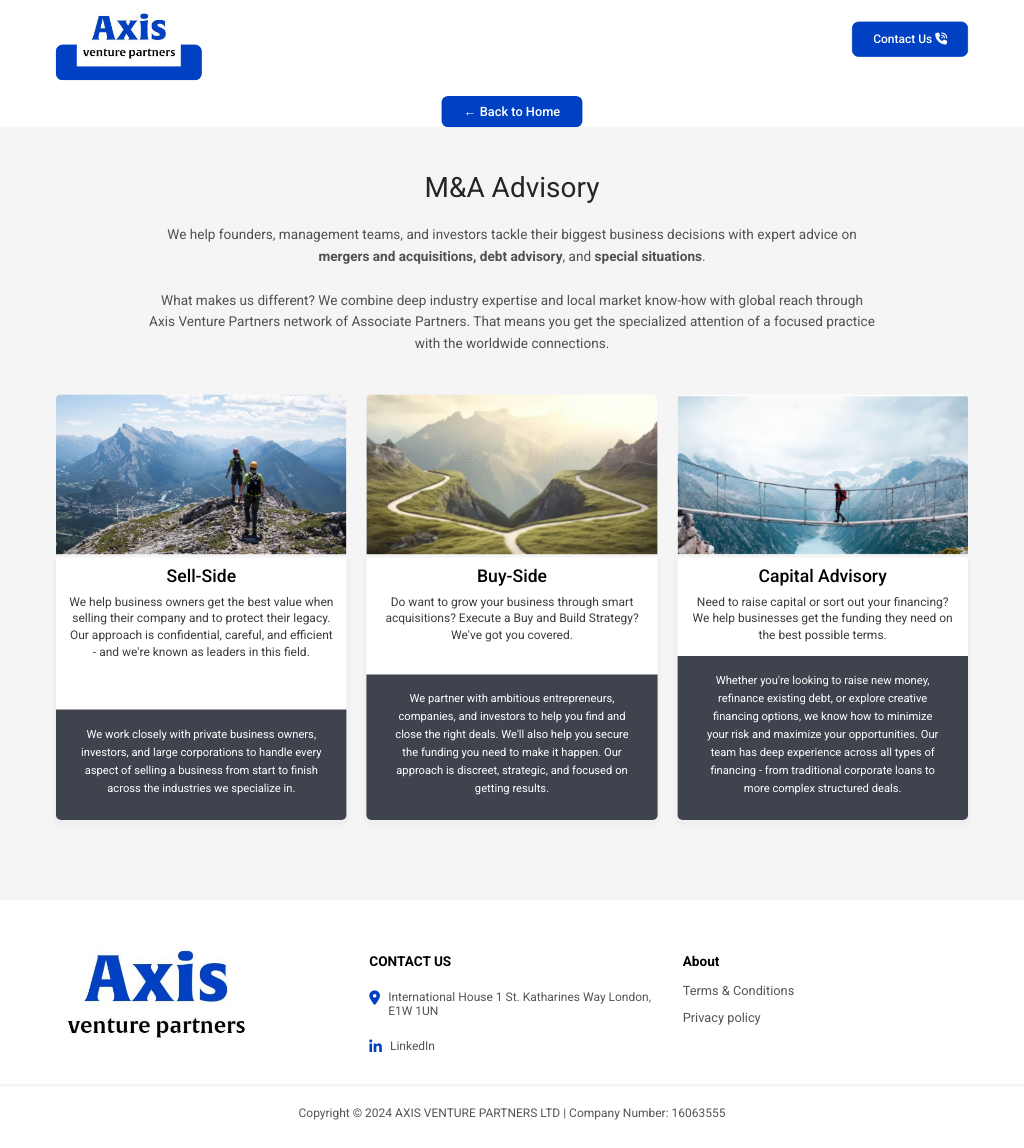
Repository: uchasowa/axisventures
Page: ma-advisory.html
These files come from the project's save history. The page is drawn as it stood at one moment and after the next save; the edit follows.
The browser window is 1280 px wide. The pictures show the whole page, at 80% of full size.
Some web libraries are served in a nearby version.

Above is the page before, as saved 2025-07-01 19:35:45.

### ma-advisory.html
<!DOCTYPE html>
<html lang="en">
<head>
    <meta charset="UTF-8">
    <meta name="viewport" content="width=device-width, initial-scale=1.0">
    <title>M&A Advisory | Axis Venture Partners</title>
    <link rel="stylesheet" href="./css/style.css">
    <link rel="stylesheet" href="./css/animate.min.css">
    <link rel="shortcut icon" href="./assets/favicon.ico" type="image/x-icon">
    <script src="https://kit.fontawesome.com/49f02d4a75.js" crossorigin="anonymous"></script>
</head>
<body>
    <header>
        <div class="container">
            <div class="logo">
                <a href="index.html"><img src="./assets/logo.jpeg" alt="Axis Venture Partners Logo"></a>
            </div>
            <a href="https://2f7evz.share-eu1.hsforms.com/2scI3GD3BTHCDbXn-jbSilg" aria-label="Contact Us">
                <span>Contact Us</span>
                <i class="fa-solid fa-phone-volume" aria-hidden="true"></i>
            </a>
        </div>
    </header>
    <main>
        <a href="index.html" style="display:block;width:fit-content;margin:32px auto 0 auto;padding:10px 28px;background:#0040c2;color:#fff;border-radius:8px;text-decoration:none;font-weight:500;">&#8592; Back to Home</a>
        <section class="whatWeDo" aria-label="M&A Advisory Services" style="padding-top:30px;">
            <div class="container">
                <div class="title wow animate__fadeInUp" data-wow-duration="0.8s">
                    <h1>M&amp;A Advisory</h1>
                    <p>
                        We help founders, management teams, and investors tackle their biggest business decisions with expert advice on <b>mergers and acquisitions, debt advisory</b>, and <b>special situations</b>.<br><br>
                        What makes us different? We combine deep industry expertise and local market know-how with global reach through Axis Venture Partners network of Associate Partners. That means you get the specialized attention of a focused practice with the worldwide connections.
                    </p>
                </div>
                <div class="boxes">
                    <!-- Sell-Side Card -->
                    <article class="box wow animate__fadeInUp" data-wow-duration="0.8s">
                        <div class="image">
                            <img src="./assets/mountain_hiking.png" alt="Sell-Side Advisory">
                        </div>
                        <div class="text">
                            <h2>Sell-Side</h2>
                            <span>We help business owners get the best value when selling their company and to protect their legacy. Our approach is confidential, careful, and efficient - and we're known as leaders in this field.</span>
                            <div class="footer">
                                <p>We work closely with private business owners, investors, and large corporations to handle every aspect of selling a business from start to finish across the industries we specialize in.</p>
                            </div>
                        </div>
                    </article>
                    <!-- Buy-Side Card -->
                    <article class="box wow animate__fadeInUp" data-wow-duration="1.2s">
                        <div class="image">
                            <img src="./assets/forked_path.png" alt="Buy-Side Advisory">
                        </div>
                        <div class="text">
                            <h2>Buy-Side</h2>
                            <span>Do want to grow your business through smart acquisitions? Execute a Buy and Build Strategy? We've got you covered.</span>
                            <div class="footer">
                                <p>We partner with ambitious entrepreneurs, companies, and investors to help you find and close the right deals. We'll also help you secure the funding you need to make it happen. Our approach is discreet, strategic, and focused on getting results.</p>
                            </div>
                        </div>
                    </article>
                    <!-- Capital Advisory Card -->
                    <article class="box wow animate__fadeInUp" data-wow-duration="1.6s">
                        <div class="image">
                            <img src="./assets/rope_bridge.png" alt="Capital Advisory">
                        </div>
                        <div class="text">
                            <h2>Capital Advisory</h2>
                            <span>Need to raise capital or sort out your financing? We help businesses get the funding they need on the best possible terms.</span>
                            <div class="footer">
                                <p>Whether you're looking to raise new money, refinance existing debt, or explore creative financing options, we know how to minimize your risk and maximize your opportunities. Our team has deep experience across all types of financing - from traditional corporate loans to more complex structured deals.</p>
                            </div>
                        </div>
                    </article>
                </div>
            </div>
        </section>
    </main>
    <footer>
        <div class="container">
            <div class="grid">
                <div class="logo">
                    <img src="./assets/logo.jpeg" alt="">
                </div>
                <div class="boxOne">
                    <h3>CONTACT US</h3>
                    <ul>
                        <li>
                            <a href="#">
                                <i class="fa-solid fa-location-dot"></i>
                                <p>International House
                                    1 St. Katharines Way
                                    London, E1W 1UN</p>
                            </a>
                        </li>
                        <li>
                            <a href="https://www.linkedin.com/company/axis-venture-partners/">
                                <i class="fa-brands fa-linkedin-in"></i>
                                <p>LinkedIn</p>
                            </a>
                        </li>
                    </ul>
                </div>
                <div class="boxTwo">
                    <h3>About</h3>
                    <div class="links">
                        <a href="./terms-conditions.html">Terms & Conditions</a>
                        <a href="./privacy-policy.html">Privacy policy</a>
                    </div>
                </div>
            </div>
        </div>
        <div class="copyRight">
            <p>Copyright © 2024 AXIS VENTURE PARTNERS LTD | Company Number: 16063555 </p>
        </div>
    </footer>
    <button class="buttonScroll">
        <i class="fa-solid fa-angles-up"></i>
    </button>
    <script src="./js/wow.min.js"></script>
    <script>
        new WOW().init();
        let buttonScroll = document.querySelector(".buttonScroll");
        buttonScroll.onclick = function () {
            window.scrollTo({ top: 0, behavior: "smooth" });
        };
        window.onscroll = function () {
            if (window.scrollY >= 400) {
                buttonScroll.style.opacity = "1";
            } else {
                buttonScroll.style.opacity = "0";
            }
        };
    </script>
</body>
</html>

### css/style.css
@import url('https://fonts.googleapis.com/css2?family=Roboto:ital,wght@0,100;0,300;0,400;0,500;0,700;0,900;1,100;1,300;1,400;1,500;1,700;1,900&display=swap');

/* Start Variables */
:root {
    --main-color: #0040c2;
    --secondary-color: #434343;
    --section-padding: 80px;
    --section-background: #f6f6f6;
    --main-duration: 0.5s;
}

* {
    -webkit-box-sizing: border-box;
    -moz-box-sizing: border-box;
    box-sizing: border-box;
}

html {
    scroll-behavior: smooth;
}

body {
    margin: 0;
    font-family: Roboto, "Roboto";
    position: relative;
    min-height: 100vh;
    padding: 0;
    background: #ffffff;
}

::-webkit-scrollbar {
    width: 7px;
}

::-webkit-scrollbar-track {
    background-color: #f9f9f9;
}

::-webkit-scrollbar-thumb {
    background-color: var(--main-color);
    border-radius: 30px;
}

.container {
    padding-left: 15px;
    padding-right: 15px;
    margin-left: auto;
    margin-right: auto;
    max-width: 1200px;
}

/* Medium */
@media (min-width: 992px) {
    .container {
        width: 970px;
    }
}

/* Large */
@media (min-width: 1200px) {
    .container {
        width: 1170px;
    }
}

.buttonScroll {
    position: fixed;
    bottom: 45px;
    right: 60px;
    background-color: var(--main-color);
    border: 1px solid var(--main-color);
    color: white;
    width: 40px;
    height: 40px;
    border-radius: 8px;
    font-size: 18px;
    transition: 0.5s;
    cursor: pointer;
    opacity: 0;
    z-index: 4;
}

.buttonScroll:hover {
    background-color: white;
    color: var(--main-color);
}

.buttonScroll i {
    position: absolute;
    top: 50%;
    left: 50%;
    transform: translate(-50%, -50%);
    font-size: 15px;
}

/* Start Header */
header {
    width: 100%;
    border-bottom: 1px solid rgba(255, 255, 255, 0.1);
    padding: 10px 0px 0px !important;
    background-color: #ffffff;
}

header .container {
    display: flex;
    justify-content: space-between;
    align-items: center;
    margin: auto;
    padding-left: 15px;
    padding-right: 15px;
    margin-left: auto;
    margin-right: auto;
}

header .logo img {
    width: 130px;
}

header a {
    border: 1px solid var(--main-color);
    background-color: var(--main-color);
    color: #ffffff;
    padding: 12px 25px;
    border-radius: 8px;
    text-decoration: none;
    font-weight: 500;
    transition: 0.5s;
    font-size: 15px;
}

header a:hover {
    background-color: #ffffff;
    color: var(--main-color);
}

/* End Header */

/* Start LANDING */
.landing {
    background-image: url("../assets/landing.jpg");
    background-repeat: no-repeat;
    background-size: cover;
    position: relative;
    height: 85vh;
    color: white;
    display: flex;
    justify-content: center;
    align-items: center;
    background-position: 50%;
}

.landing::before {
    content: "";
    position: absolute;
    background-color: #00000097;
    width: 100%;
    height: 100%;
}

.landing .container {
    position: relative;
    z-index: 2;
}

.landing .content {
    line-height: 1.4;
}

.landing h1 {
    font-size: 50px;
    text-align: center;
    margin: 0;
    font-weight: 500;
}

@media(max-width:767px) {
    .landing h1 {
        font-size: 35px;
    }
}

.landing p {
    font-size: 18px;
    text-align: center;
    color: #ffffffd7;
    width: 60%;
    margin: 10px auto;
}

@media(max-width:767px) {
    .landing p {
        width: 100%;
    }
}

.landing p span {
    color: #ffffff;
    font-weight: 600;
}

.landing a {
    display: block;
    width: fit-content;
    margin: 20px auto;
    border: 1px solid var(--main-color);
    background-color: var(--main-color);
    color: #ffffff;
    padding: 15px 35px;
    border-radius: 8px;
    text-decoration: none;
    font-weight: 500;
    transition: 0.5s;
    font-size: 18px;
}

.landing a:hover {
    background-color: #ffffff;
    color: var(--main-color);
}

/* END LANDING */
/* Start Section What We Do*/
.whatWeDo {
    padding: 50px 0px 100px;
    background-color: #f5f5f5;
}

.whatWeDo .title {
    text-align: center;
    margin-bottom: 50px;
}

.whatWeDo .title h1 {
    color: #000000d9;
    font-weight: 400;
    font-size: 35px;
    margin: 25px 0px;
}

@media(max-width:767px) {
    .whatWeDo .title h1 {
        font-size: 35px;
    }
}

.whatWeDo .title p {
    width: 80%;
    font-size: 17px;
    color: #000000ac;
    margin: auto;
    line-height: 1.6;
}

.whatWeDo .title p span {
    color: #000;
    font-weight: 600;
}

@media(max-width:767px) {
    .whatWeDo .title p {
        width: 100%;
        font-size: 16px;
    }
}

.whatWeDo .boxes {
    display: grid;
    grid-template-columns: 1fr 1fr 1fr;
    gap: 25px;
    align-items: stretch;
}

.whatWeDo .boxes .box {
    display: flex;
    flex-direction: column;
    height: 100%;
}

.whatWeDo .boxes .box .image img {
    width: 100%;
    height: 200px;
    border-top-right-radius: 6px;
    border-top-left-radius: 6px;
    object-fit: cover;
}

.whatWeDo .boxes .box .text {
    padding: 5px 0px 0px;
    background-color: #ffffff;
    box-shadow: 0 4.23px 4px 3px #ababab16;
    border-radius: 0 0 6px 6px;
    flex-grow: 1;
    display: flex;
    flex-direction: column;
}

.whatWeDo .boxes .box h2 {
    text-align: center;
    color: #000;
    font-weight: 500;
    font-size: 22px;
    margin: 5px 0px 10px;
}

.whatWeDo .boxes .box span {
    color: #000000c4;
    font-size: 15px;
    text-align: center;
    display: block;
    margin-bottom: 15px;
    line-height: 1.4;
    flex-grow: 1;
    padding: 0 15px;
}

.whatWeDo .boxes .box .footer {
    background-color: #3e434d;
    padding: 5px 30px 15px;
    border-bottom-right-radius: 6px;
    border-bottom-left-radius: 6px;
    min-height: 93px;
    margin-top: auto;
}

.whatWeDo .boxes .box .footer p {
    font-size: 14px;
    color: #ffffff;
    text-align: center;
    line-height: 1.6;
}

/* END Section What We Do*/
/* Start Section Partner*/
.partner {
    background-image: url("../assets/partner.jpg");
    background-repeat: no-repeat;
    background-size: cover;
    position: relative;
    color: white;
    display: flex;
    justify-content: center;
    align-items: center;
    background-position: 50%;
}

.partner::before {
    content: "";
    position: absolute;
    background-color: #0000009b;
    width: 100%;
    height: 100%;
}

.partner .container {
    position: relative;
    z-index: 2;
}

.partner .content {
    padding: 50px 0px;
}

.partner h1 {
    font-size: 40px;
    text-align: center;
    margin: 0;
}

@media(max-width:767px) {
    .partner h1 {
        font-size: 22px;
    }
}

.partner p {
    font-size: 18px;
    text-align: center;
    color: #ffffffe7;
    width: 60%;
    margin: 30px auto;
    line-height: 1.8;
}

@media(max-width:767px) {
    .partner p {
        width: 100%;
    }
}

.partner a {
    display: block;
    width: fit-content;
    margin: 20px auto;
    border: 1px solid var(--main-color);
    background-color: var(--main-color);
    color: #ffffff;
    padding: 15px 35px;
    border-radius: 8px;
    text-decoration: none;
    font-weight: 500;
    transition: 0.5s;
    font-size: 15px;
}

.partner a:hover {
    background-color: #ffffff;
    color: var(--main-color);
}

/* END Section Partner*/
/* Start Section Team*/
.team {
    padding: 30px 0px 100px;
    background-color: #f5f5f5;
}

.team .title {
    text-align: center;
    margin-bottom: 50px;
}

.team .title h1 {
    color: #000000d9;
    font-weight: 400;
    font-size: 45px;
    margin: 25px 0px;
}

@media(max-width:767px) {
    .team .title h1 {
        font-size: 35px;
    }
}

.team .title p {
    width: 70%;
    font-size: 19px;
    color: #000000ac;
    margin: auto;
    line-height: 1.6;
}

@media(max-width:767px) {
    .team .title p {
        width: 100%;
        font-size: 16px;
    }
}

.team .boxes {
    display: grid;
    grid-template-columns: 1fr 1fr 1fr;
    gap: 25px;
    align-items: stretch;
}

.team .boxes .box {
    padding: 25px 30px;
    background-color: #ffffff;
    border-radius: 20px;
    box-shadow: 0 4.23px 4px 3px #ababab16;
    display: flex;
    flex-direction: column;
    height: 100%;
    min-height: 400px;
}

.team .boxes .box .top {
    display: flex;
    align-items: center;
    gap: 20px;
    margin-bottom: 20px;
}

.team .boxes .box .top .text {
    line-height: 1.2;
}

.team .boxes .box .top .text h3 {
    color: #000;
    font-size: 19px;
    margin: 0px 0px 10px;
}

.team .boxes .box .top .text span {
    background-color: var(--main-color);
    color: #ffffff;
    padding: 5px 15px;
    border-radius: 6px;
    font-size: 13px;
    font-weight: 500;
    text-transform: uppercase;
}

.team .boxes .box .image img {
    width: 80px;
    height: 80px;
    border-radius: 50%;
    object-fit: cover;
}

.team .boxes .box p {
    font-size: 15px;
    color: #000000b0;
    line-height: 1.5;
    text-align: center;
    flex-grow: 1;
    margin-bottom: 20px;
}

.team .boxes .box .links {
    display: flex;
    justify-content: center;
    align-items: center;
    gap: 10px;
    margin-top: auto;
}

.team .boxes .box .links a {
    width: 35px;
    height: 35px;
    border-radius: 50%;
    background-color: var(--main-color);
    display: flex;
    justify-content: center;
    align-items: center;
    font-size: 16px;
    color: #ffffff;
    text-decoration: none;
    transition: 0.5s;
    border: 1px solid var(--main-color);
}

.team .boxes .box .links a:hover {
    background-color: transparent;
    color: var(--main-color);
}

/* END Section Team*/
/* Start Section Community*/
.community {
    background-image: url("../assets/community.jpg");
    background-repeat: no-repeat;
    background-size: cover;
    position: relative;
    color: white;
    display: flex;
    justify-content: center;
    align-items: center;
    background-position: 50%;
}

.community::before {
    content: "";
    position: absolute;
    background-color: #0000009b;
    width: 100%;
    height: 100%;
}

.community .container {
    position: relative;
    z-index: 2;
}

.community .content {
    padding: 50px 0px;
}

.community h1 {
    font-size: 40px;
    text-align: center;
    margin: 0;
}

@media(max-width:767px) {
    .community h1 {
        font-size: 22px;
    }
}

.community p {
    font-size: 18px;
    text-align: center;
    color: #ffffffe7;
    width: 60%;
    margin: 30px auto;
    line-height: 1.8;
}

@media(max-width:767px) {
    .community p {
        width: 100%;
    }
}

.community a {
    display: block;
    width: fit-content;
    margin: 20px auto;
    border: 1px solid var(--main-color);
    background-color: var(--main-color);
    color: #ffffff;
    padding: 15px 35px;
    border-radius: 8px;
    text-decoration: none;
    font-weight: 500;
    transition: 0.5s;
    font-size: 15px;
}

.community a:hover {
    background-color: #ffffff;
    color: var(--main-color);
}

/* END Section Community*/
/* Start Section Footer */
footer {
    padding: 50px 0px 20px;
}

footer .grid {
    display: grid;
    grid-template-columns: 1fr 1fr 1fr;
    gap: 35px;
    padding-bottom: 15px;
}

@media(max-width:750px) {
    footer .grid {
        grid-template-columns: 1fr;
        gap: 10px;
    }
}

footer .grid .logo img {
    width: 250px;
}

footer .grid h3 {
    color: #000;
    font-size: 17px;
}

footer .grid .boxOne ul {
    list-style: none;
    padding: 0px;
}

footer .grid .boxOne ul li a {
    text-decoration: none;
    display: flex;
    gap: 10px;
    align-items: start;
    color: #000000ab;
    margin: 25px 0px;
}

footer .grid .boxOne ul li a i {
    position: relative;
    top: 2px;
    color: var(--main-color);
    font-size: 18px;
}

footer .grid .boxOne ul li a p {
    margin: 0;
    font-size: 15px;
}

footer .grid .boxTwo .links a {
    display: block;
    text-decoration: none;
    color: #000000ab;
    margin: 15px 0px;
    transition: 0.3s;
}

footer .grid .boxTwo .links a:hover {
    color: var(--main-color);
    letter-spacing: 1.2px;
}

footer .copyRight {
    border-top: 1px solid #0000001f;
    text-align: center;
    color: #000000ab;
    padding-top: 10px;
    font-size: 15px;
}

/* End Footer */

/* Improved responsive behavior */
@media(max-width:992px) {
    .whatWeDo .boxes {
        grid-template-columns: 1fr 1fr;
    }

    .team .boxes {
        grid-template-columns: 1fr 1fr;
    }
}

@media(max-width:767px) {
    .whatWeDo .boxes {
        grid-template-columns: 1fr;
    }

    .team .boxes {
        grid-template-columns: 1fr;
    }

    .team .boxes .box {
        min-height: auto;
    }
}

Loaded but not shown: css/animate.min.css (library); js/wow.min.js (library)

After the next save:
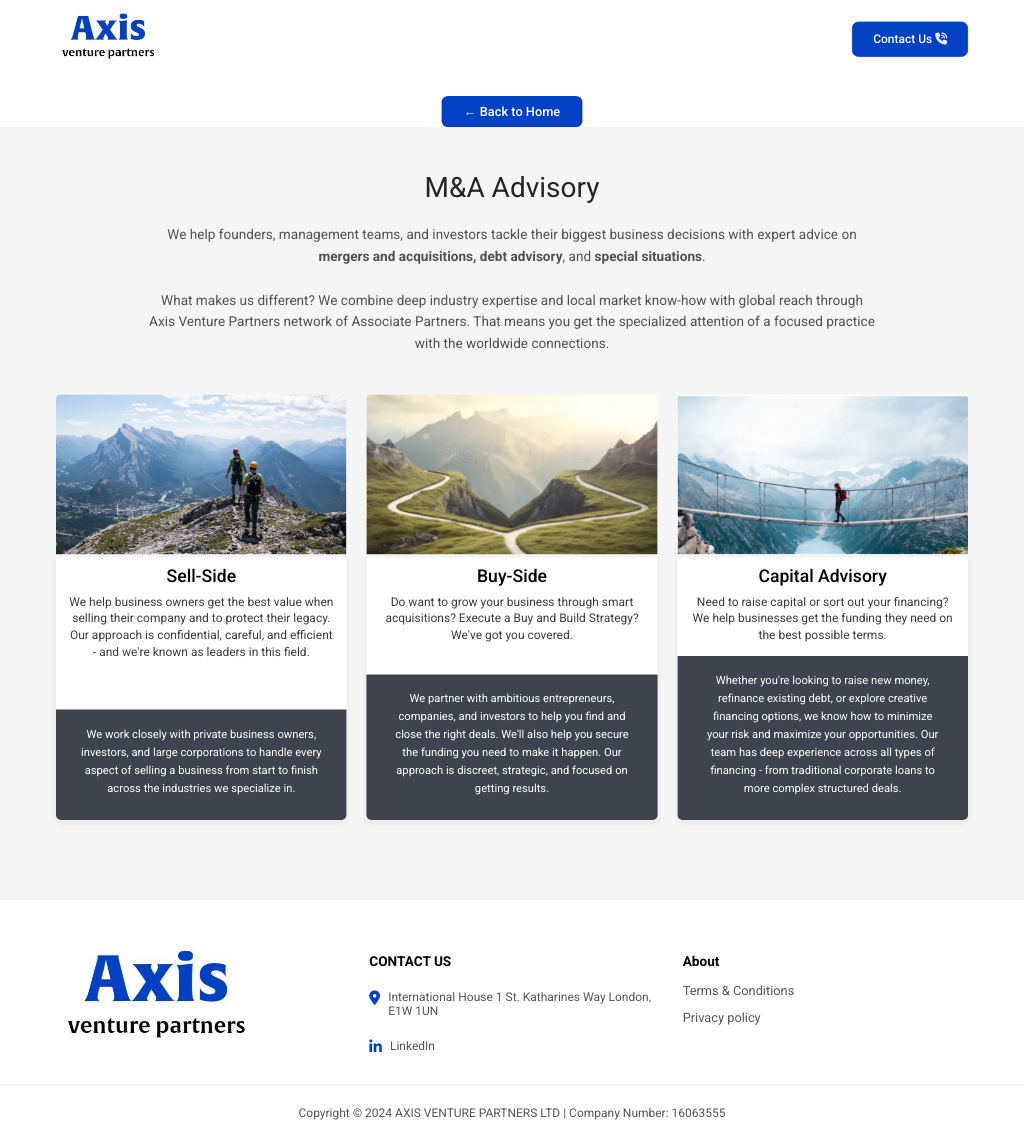
Saved 92 s later.
--- a/ma-advisory.html
+++ b/ma-advisory.html
@@ -13,7 +13,7 @@
     <header>
         <div class="container">
             <div class="logo">
-                <a href="index.html"><img src="./assets/logo.jpeg" alt="Axis Venture Partners Logo"></a>
+                <img src="./assets/logo.jpeg" alt="Axis Venture Partners Logo">
             </div>
             <a href="https://2f7evz.share-eu1.hsforms.com/2scI3GD3BTHCDbXn-jbSilg" aria-label="Contact Us">
                 <span>Contact Us</span>
